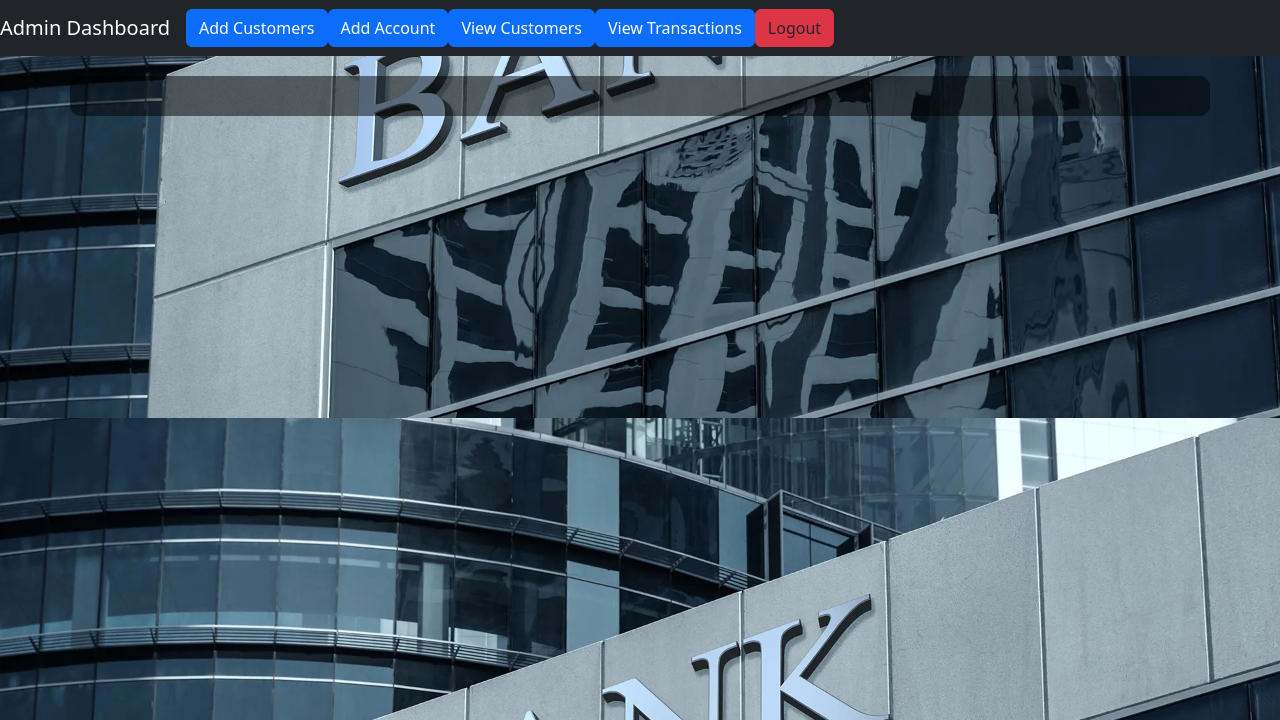
Repository: prathamsuhasia/swabhav-mini-project
Page: http://localhost/01-mini-project/Admin.jsp
An editor plug-in stored every save of this project. The page is shown before and after the next save, followed by the edit.
The browser window is 1280 px wide. The pictures show the whole page.
The page is served by Tomcat 9. The session is filled in as if someone had signed in: {"username": "testuser", "admin": "admin"}. Other server files are loaded and not shown.

Above is the page before, as saved 2024-08-15 15:48:11.

### 01-mini-project/WebContent/Admin.jsp
<%@ page language="java" contentType="text/html; charset=ISO-8859-1" pageEncoding="ISO-8859-1"%>
<%
response.setHeader("Cache-Control", "no-cache, no-store, must-revalidate");
response.setHeader("Pragma", "no-cache");
response.setDateHeader("Expires", 0);
%>
<%
HttpSession sessions = request.getSession(false);
if (session == null || !"admin".equals(session.getAttribute("admin"))) {
    // No session or user not logged in, redirect to the login page
    response.sendRedirect("Index.jsp");
    return;
}
%>
<!DOCTYPE html PUBLIC "-//W3C//DTD HTML 4.01 Transitional//EN" "http://www.w3.org/TR/html4/loose.dtd">
<html>
<html>
<head>
    <meta http-equiv="Content-Type" content="text/html; charset=ISO-8859-1">
    <title>Dashboard</title>
    <link href="https://cdn.jsdelivr.net/npm/bootstrap@5.3.0/dist/css/bootstrap.min.css" rel="stylesheet">
    <style>
        body {
            background-image: url('Bank.webp');
            background-size: cover;
            background-position: center;
            color: #fff;
        }
        .navbar {
            margin-bottom: 20px;
        }
        .btn-logout {
            background-color: #dc3545;
            border-color: #dc3545;
        }
        .btn-logout:hover {
            background-color: #c82333;
            border-color: #bd2130;
        }
        .container {
            background-color: rgba(0, 0, 0, 0.5);
            padding: 20px;
            border-radius: 10px;
        }
    </style>
</head>
<body>
    <nav class="navbar navbar-expand-lg navbar-dark bg-dark">
        <a class="navbar-brand" href="#">Admin Dashboard</a>
        <div class="collapse navbar-collapse">
            <ul class="navbar-nav mr-auto">
                <li class="nav-item">
                    <form action="AdminController" method="post" class="nav-item">
                        <button type="submit" name="action" value="AddCustomers" class="btn btn-primary">Add Customers</button>
                    </form>
                </li>
                <li class="nav-item">
                    <form action="AdminController" method="post" class="nav-item">
                        <button type="submit" name="action" value="AddAccount" class="btn btn-primary">Add Account</button>
                    </form>
                </li>
                <li class="nav-item">
                    <form action="AdminController" method="post" class="nav-item">
                        <button type="submit" name="action" value="ViewCustomers" class="btn btn-primary">View Customers</button>
                    </form>
                </li>
                <li class="nav-item">
                    <form action="AdminController" method="post" class="nav-item">
                        <button type="submit" name="action" value="ViewTransactions" class="btn btn-primary">View Transactions</button>
                    </form>
                </li>
            </ul>
            <form action="LogoutServlet" class="ml-auto">
                <button type="submit" class="btn btn-logout">Logout</button>
            </form>
        </div>
    </nav>
    <div class="container">
        <!-- Content of the dashboard goes here -->
    </div>
    <script src="https://code.jquery.com/jquery-3.6.0.min.js"></script>
    <script src="https://cdn.jsdelivr.net/npm/bootstrap@5.3.0/dist/js/bootstrap.bundle.min.js"></script>
</body>
</html>

After the next save:
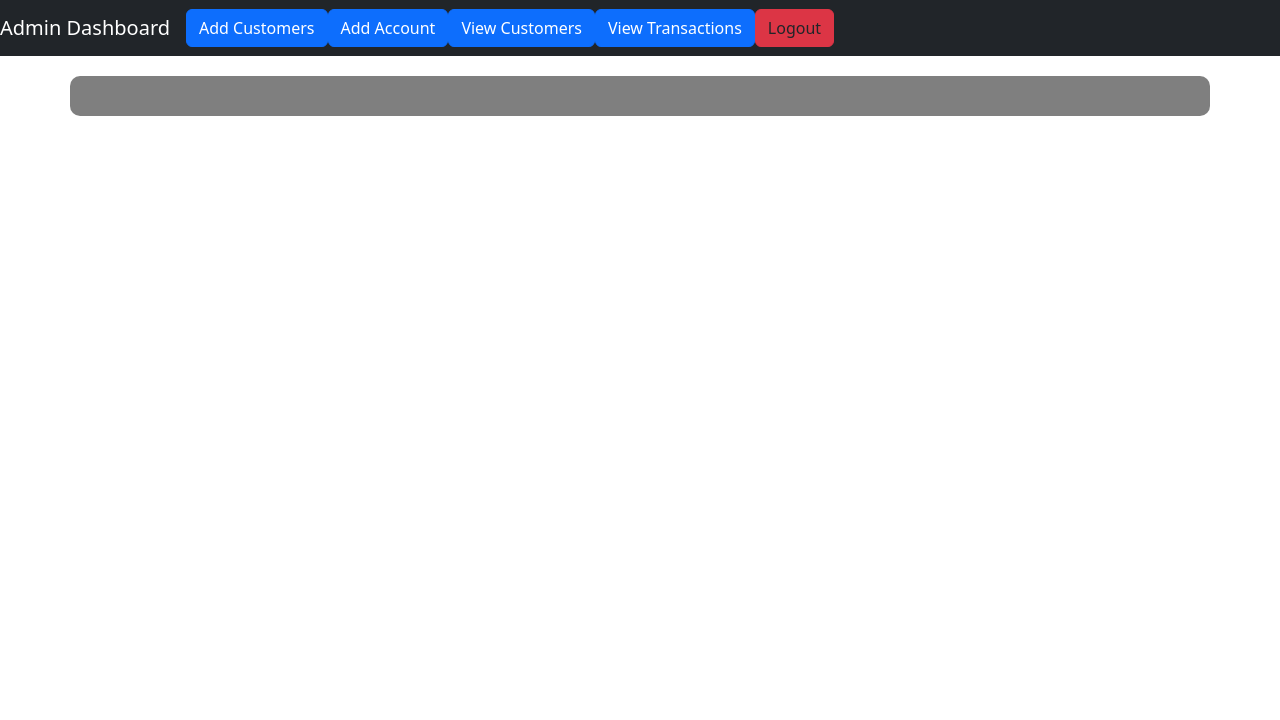
Saved 2 min 8 s later.
--- a/01-mini-project/WebContent/Admin.jsp
+++ b/01-mini-project/WebContent/Admin.jsp
@@ -21,7 +21,7 @@ if (session == null || !"admin".equals(session.getAttribute("admin"))) {
     <link href="https://cdn.jsdelivr.net/npm/bootstrap@5.3.0/dist/css/bootstrap.min.css" rel="stylesheet">
     <style>
         body {
-            background-image: url('Bank.webp');
+            background-image: ./Bank.webp;
             background-size: cover;
             background-position: center;
             color: #fff;
